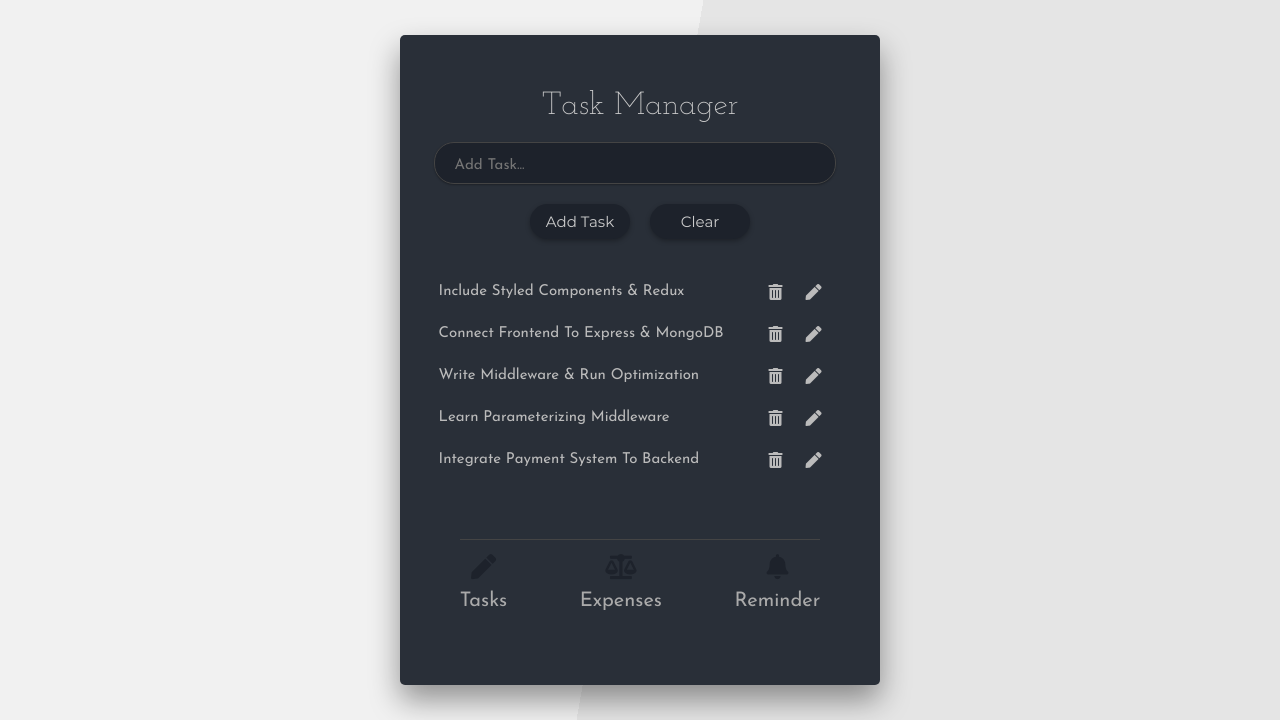
Repository: Kol124/react-task-manager
Page: /
These files come from the project's save history. The page is drawn as it stood at one moment and after the next save; the edit follows.
The browser window is 1280 px wide. The pictures show the whole page.
The project was rebuilt for these pictures with package versions that can differ from the ones it lists, and the page was loaded fresh each time. Also part of the build but not shown: src/components/Expenses/Expenses.js, src/components/Reminder/Reminder.js.

Above is the page before, as saved 2021-06-23 19:24:01.

### public/index.html
<!DOCTYPE html>
<html lang="en">
  <head>
    <meta charset="utf-8" />
    <link rel="icon" href="%PUBLIC_URL%/favicon.ico" />
    <meta name="viewport" content="width=device-width, initial-scale=1" />
    <meta name="theme-color" content="#000000" />
    <meta
      name="description"
      content="Web site created using create-react-app"
    />
    <link rel="apple-touch-icon" href="%PUBLIC_URL%/logo192.png" />
    <!--
      manifest.json provides metadata used when your web app is installed on a
      user's mobile device or desktop. See https://developers.google.com/web/fundamentals/web-app-manifest/
    -->
    <link rel="manifest" href="%PUBLIC_URL%/manifest.json" />
    <!--
      Notice the use of %PUBLIC_URL% in the tags above.
      It will be replaced with the URL of the `public` folder during the build.
      Only files inside the `public` folder can be referenced from the HTML.

      Unlike "/favicon.ico" or "favicon.ico", "%PUBLIC_URL%/favicon.ico" will
      work correctly both with client-side routing and a non-root public URL.
      Learn how to configure a non-root public URL by running `npm run build`.
    -->
    <link rel="stylesheet" href="all.min.css" />
    <title>React App</title>
  </head>
  <body>
    <noscript>You need to enable JavaScript to run this app.</noscript>
    <div id="root"></div>
    <!--
      This HTML file is a template.
      If you open it directly in the browser, you will see an empty page.

      You can add webfonts, meta tags, or analytics to this file.
      The build step will place the bundled scripts into the <body> tag.

      To begin the development, run `npm start` or `yarn start`.
      To create a production bundle, use `npm run build` or `yarn build`.
    -->
  </body>
</html>

### src/App.js
import "./App.css";
import React from "react";
import { BrowserRouter as Router, Switch, Route } from "react-router-dom";
import Header from "./components/Header";
import TaskForm from "./components/TaskForm";
import TaskList from "./components/TaskList";
import TaskContextProvider from "./context/TaskContext";
import Expenses from "./components/expenses/Expenses";
import Reminder from "./components/reminder/Reminder";
import Footer from "./components/Footer";

function App() {
  return (
    <Router>
      <TaskContextProvider>
        <div className="container">
          <div className="app-wrapper">
            <Header />
            <Switch>
              <Route exact path="/">
                <div className="main">
                  <TaskForm />
                  <TaskList />
                </div>
              </Route>

              <Route path="/expenses">
                <Expenses />
              </Route>

              <Route path="/reminder">
                <Reminder />
              </Route>
            </Switch>
            <Footer />
          </div>
        </div>
      </TaskContextProvider>
    </Router>
  );
}

export default App;

### src/App.css
@import url("fonts.css");

* {
  margin: 0;
  padding: 0;
  box-sizing: inherit;
}

html {
  box-sizing: border-box;
  font-size: 62.5%;
}

.container {
  width: 100%;
  height: 100vh;
  display: flex;
  align-items: center;
  justify-content: center;
  background: linear-gradient(100deg, #f1f1f1 50%, #e5e5e5 0);
}

.app-wrapper {
  background-color: #292f38;
  padding: 2.5rem 2.8rem;
  width: 48rem;
  height: 65rem;
  border-radius: 5px;
  box-shadow: 0 15px 30px rgba(0, 0, 0, 0.4);
}

.header .main-header {
  font-family: "Josefin Slab", serif;
  text-align: center;
  font-size: 3.2rem;
  color: #ccc;
  font-weight: 300;
  margin: 3rem 2rem 2rem 2rem;
}

.main {
  display: flex;
  flex-direction: column;
  align-items: space-between;
  margin-bottom: 4.5rem;
  width: 100%;
}

.form {
  display: flex;
  align-items: center;
  margin-bottom: 1.5rem;
  flex-direction: column;
  justify-content: center;
}

.task-input {
  font-family: "Josefin Sans", serif;
  padding: 1.5rem 1rem 1rem 2rem;
  margin: 0 1rem 1rem 0;
  color: #ccc;
  width: 95%;
  outline: none;
  font-size: 1.5rem;
  border-radius: 20px;
  border: 1px solid #444;
  background-color: #1d222b;
  box-shadow: 0 1px 2px rgba(0, 0, 0, 0.3);
}

@media only screen and (max-width: 460px) {
  html {
    font-size: 50%;
  }
}

.buttons {
  display: flex;
}

.btn {
  margin: 1rem;
}

.add-task-btn {
  width: 10rem;
  height: 3.5rem;
  background-color: #1d222b;
  color: #ccc;
  border: none;
  font-family: "Montserrat", sans-serif;
  font-size: 1.5rem;
  border-radius: 2rem;
  box-shadow: 0 2px 5px rgba(0, 0, 0, 0.3);
  outline: none;
  cursor: pointer;
}

.list {
  width: 95%;
  margin: auto;
  max-height: 27rem;
  overflow: hidden;
  overflow-y: auto;
}

/* width */
::-webkit-scrollbar {
  width: 6px;
}

/* Track */
::-webkit-scrollbar-track {
  border-radius: 10px;
  background-color: #aaa;
}

/* Handle */
::-webkit-scrollbar-thumb {
  background: #444;
  border-radius: 10px;
}

.list-item {
  display: flex;
  margin: 2rem 0;
  padding-bottom: 0.5rem;
  justify-content: space-between;
}

.list-item span {
  font-family: "Josefin Sans", sans-serif;
  color: #bbb;
  font-size: 1.5rem;
  text-transform: capitalize;
}

.task-btn {
  cursor: pointer;
  background-color: transparent;
  border: none;
  outline: none;
}

.btn-delete i {
  font-size: 1.6rem;
  color: #bbb;
  margin-right: 2rem;
}

.btn-edit i {
  font-size: 1.6rem;
  color: #bbb;
  margin-right: 2rem;
}

.clear-btn {
  width: 10rem;
  height: 3.5rem;
  background-color: #1d222b;
  color: #ccc;
  border: none;
  font-family: "Montserrat", sans-serif;
  font-size: 1.5rem;
  border-radius: 2rem;
  box-shadow: 0 2px 5px rgba(0, 0, 0, 0.3);
  outline: none;
  cursor: pointer;
}

.no-tasks {
  color: #777;
  text-align: center;
  font-family: "Montserrat", sans-serif;
  margin-top: 2.5rem;
  font-size: 2rem;
}

footer .nav {
  display: flex;
  align-items: center;
  justify-content: space-between;
  border-top: 1px solid #444;
  padding-top: 1.4rem;
  list-style: none;
  margin: 0 auto;
  width: 85%;
}

.nav li {
  font-family: "Josefin Sans", sans-serif;
  font-size: 2rem;
  text-align: center;
}

.nav li a {
  text-decoration: none;
}

.nav li i {
  font-size: 2.5rem;
  color: #1d222b;
}

.nav li p {
  text-decoration: none;
  color: #aaa;
  margin-top: 1rem;
}

### src/components/Header.js
import React from "react";

const Header = () => {
  return (
    <div className="header">
      <h1 className="main-header">Task Manager</h1>
    </div>
  );
};

export default Header;

### src/components/TaskForm.js
import React, { useState, useContext, useEffect } from "react";
import { TaskContext } from "../context/TaskContext";

export default function TaskForm() {
  const { editItem, setEditItem, dispatch } = useContext(TaskContext);
  const [title, setTitle] = useState("");

  const handleSubmit = (e) => {
    e.preventDefault();
    if (editItem !== null) {
      dispatch({
        type: "EDIT_TASK",
        task: {
          title,
          id: editItem.id,
        },
      });
      setEditItem(null);
    } else {
      dispatch({
        type: "ADD_TASK",
        task: {
          title,
        },
      });
    }

    setTitle("");
  };

  useEffect(() => {
    if (editItem !== null) {
      setTitle(editItem.title);
      console.log(editItem);
    } else {
      setTitle("");
    }
  }, [editItem]);

  return (
    <form onSubmit={handleSubmit} className="form">
      <input
        type="text"
        placeholder="Add Task..."
        value={title}
        onChange={(e) => setTitle(e.target.value)}
        required
        className="task-input"
      />
      <div className="buttons">
        <button type="submit" className="btn add-task-btn">
          {editItem ? "Edit Task" : "Add Task"}
        </button>
        <button
          className="btn clear-btn"
          onClick={() => dispatch({ type: "CLEAR_TASK" })}
        >
          Clear
        </button>
      </div>
    </form>
  );
}

### src/components/TaskList.js
import React, { useContext } from "react";
import { TaskContext } from "../context/TaskContext";
import Task from "./Task";

export default function TaskList() {
  const { tasks } = useContext(TaskContext);

  return (
    <div>
      {tasks.length ? (
        <ul className="list">
          {tasks.map((task) => {
            return <Task task={task} key={task.id} />;
          })}
        </ul>
      ) : (
        <div className="no-tasks">No Tasks</div>
      )}
    </div>
  );
}

### src/context/TaskContext.js
import React, { createContext, useState, useReducer, useEffect } from "react";
import TaskReducer from "../reducer/TaskReducer";

export const TaskContext = createContext();

export default function TaskContextProvider(props) {
  const [tasks, dispatch] = useReducer(TaskReducer, [
    { title: "Include styled components & redux", id: 1 },
    { title: "Connect frontend to express & mongoDB", id: 2 },
    { title: "Write middleware & run optimization", id: 3 },
    { title: "Learn parameterizing middleware", id: 4 },
    { title: "Integrate payment system to backend", id: 5 },
  ]);
  const [editItem, setEditItem] = useState(null);

  const findItem = (id) => {
    const item = tasks.find((task) => task.id === id);
    setEditItem(item);
  };

  useEffect(() => {
    console.log(tasks);
  });

  return (
    <TaskContext.Provider
      value={{ tasks, editItem, setEditItem, findItem, dispatch }}
    >
      {props.children}
    </TaskContext.Provider>
  );
}

### src/components/Footer.js
import React from "react";
import { Link } from "react-router-dom";

export default function Footer() {
  return (
    <footer>
      <ul className="nav">
        <li>
          <Link to="/">
            <i className="fa fa-pen"></i>
            <p>Tasks</p>
          </Link>
        </li>

        <li>
          <Link to="/Expenses">
            <i className="fa fa-balance-scale"></i>
            <p>Expenses</p>
          </Link>
        </li>

        <li>
          <Link to="/Reminder">
            <i className="fa fa-bell"></i>
            <p>Reminder</p>
          </Link>
        </li>
      </ul>
    </footer>
  );
}

### src/fonts.css
/* josefin-sans-300 - latin */
@font-face {
  font-family: "Josefin Sans";
  font-style: normal;
  font-weight: 300;
  src: url("./fonts/josefin-sans-v17-latin-300.eot"); /* IE9 Compat Modes */
  src: local(""),
    url("./fonts/josefin-sans-v17-latin-300.eot?#iefix")
      format("embedded-opentype"),
    /* IE6-IE8 */ url("./fonts/josefin-sans-v17-latin-300.woff2")
      format("woff2"),
    /* Super Modern Browsers */ url("./fonts/josefin-sans-v17-latin-300.woff")
      format("woff"),
    /* Modern Browsers */ url("./fonts/josefin-sans-v17-latin-300.ttf")
      format("truetype"),
    /* Safari, Android, iOS */
      url("./fonts/josefin-sans-v17-latin-300.svg#JosefinSans") format("svg"); /* Legacy iOS */
}
/* josefin-sans-regular - latin */
@font-face {
  font-family: "Josefin Sans";
  font-style: normal;
  font-weight: 400;
  src: url("./fonts/josefin-sans-v17-latin-regular.eot"); /* IE9 Compat Modes */
  src: local(""),
    url("./fonts/josefin-sans-v17-latin-regular.eot?#iefix")
      format("embedded-opentype"),
    /* IE6-IE8 */ url("./fonts/josefin-sans-v17-latin-regular.woff2")
      format("woff2"),
    /* Super Modern Browsers */
      url("./fonts/josefin-sans-v17-latin-regular.woff") format("woff"),
    /* Modern Browsers */ url("./fonts/josefin-sans-v17-latin-regular.ttf")
      format("truetype"),
    /* Safari, Android, iOS */
      url("./fonts/josefin-sans-v17-latin-regular.svg#JosefinSans")
      format("svg"); /* Legacy iOS */
}
/* josefin-sans-600 - latin */
@font-face {
  font-family: "Josefin Sans";
  font-style: normal;
  font-weight: 600;
  src: url("./fonts/josefin-sans-v17-latin-600.eot"); /* IE9 Compat Modes */
  src: local(""),
    url("./fonts/josefin-sans-v17-latin-600.eot?#iefix")
      format("embedded-opentype"),
    /* IE6-IE8 */ url("./fonts/josefin-sans-v17-latin-600.woff2")
      format("woff2"),
    /* Super Modern Browsers */ url("./fonts/josefin-sans-v17-latin-600.woff")
      format("woff"),
    /* Modern Browsers */ url("./fonts/josefin-sans-v17-latin-600.ttf")
      format("truetype"),
    /* Safari, Android, iOS */
      url("./fonts/josefin-sans-v17-latin-600.svg#JosefinSans") format("svg"); /* Legacy iOS */
}
/* josefin-sans-700 - latin */
@font-face {
  font-family: "Josefin Sans";
  font-style: normal;
  font-weight: 700;
  src: url("./fonts/josefin-sans-v17-latin-700.eot"); /* IE9 Compat Modes */
  src: local(""),
    url("./fonts/josefin-sans-v17-latin-700.eot?#iefix")
      format("embedded-opentype"),
    /* IE6-IE8 */ url("./fonts/josefin-sans-v17-latin-700.woff2")
      format("woff2"),
    /* Super Modern Browsers */ url("./fonts/josefin-sans-v17-latin-700.woff")
      format("woff"),
    /* Modern Browsers */ url("./fonts/josefin-sans-v17-latin-700.ttf")
      format("truetype"),
    /* Safari, Android, iOS */
      url("./fonts/josefin-sans-v17-latin-700.svg#JosefinSans") format("svg"); /* Legacy iOS */
}

/* josefin-slab-300 - latin */
@font-face {
  font-family: "Josefin Slab";
  font-style: normal;
  font-weight: 300;
  src: url("./fonts/josefin-slab-v13-latin-300.eot"); /* IE9 Compat Modes */
  src: local(""),
    url("./fonts/josefin-slab-v13-latin-300.eot?#iefix")
      format("embedded-opentype"),
    /* IE6-IE8 */ url("./fonts/josefin-slab-v13-latin-300.woff2")
      format("woff2"),
    /* Super Modern Browsers */ url("./fonts/josefin-slab-v13-latin-300.woff")
      format("woff"),
    /* Modern Browsers */ url("./fonts/josefin-slab-v13-latin-300.ttf")
      format("truetype"),
    /* Safari, Android, iOS */
      url("./fonts/josefin-slab-v13-latin-300.svg#JosefinSlab") format("svg"); /* Legacy iOS */
}
/* josefin-slab-regular - latin */
@font-face {
  font-family: "Josefin Slab";
  font-style: normal;
  font-weight: 400;
  src: url("./fonts/josefin-slab-v13-latin-regular.eot"); /* IE9 Compat Modes */
  src: local(""),
    url("./fonts/josefin-slab-v13-latin-regular.eot?#iefix")
      format("embedded-opentype"),
    /* IE6-IE8 */ url("./fonts/josefin-slab-v13-latin-regular.woff2")
      format("woff2"),
    /* Super Modern Browsers */
      url("./fonts/josefin-slab-v13-latin-regular.woff") format("woff"),
    /* Modern Browsers */ url("./fonts/josefin-slab-v13-latin-regular.ttf")
      format("truetype"),
    /* Safari, Android, iOS */
      url("./fonts/josefin-slab-v13-latin-regular.svg#JosefinSlab")
      format("svg"); /* Legacy iOS */
}
/* josefin-slab-600 - latin */
@font-face {
  font-family: "Josefin Slab";
  font-style: normal;
  font-weight: 600;
  src: url("./fonts/josefin-slab-v13-latin-600.eot"); /* IE9 Compat Modes */
  src: local(""),
    url("./fonts/josefin-slab-v13-latin-600.eot?#iefix")
      format("embedded-opentype"),
    /* IE6-IE8 */ url("./fonts/josefin-slab-v13-latin-600.woff2")
      format("woff2"),
    /* Super Modern Browsers */ url("./fonts/josefin-slab-v13-latin-600.woff")
      format("woff"),
    /* Modern Browsers */ url("./fonts/josefin-slab-v13-latin-600.ttf")
      format("truetype"),
    /* Safari, Android, iOS */
      url("./fonts/josefin-slab-v13-latin-600.svg#JosefinSlab") format("svg"); /* Legacy iOS */
}
/* josefin-slab-700 - latin */
@font-face {
  font-family: "Josefin Slab";
  font-style: normal;
  font-weight: 700;
  src: url("./fonts/josefin-slab-v13-latin-700.eot"); /* IE9 Compat Modes */
  src: local(""),
    url("./fonts/josefin-slab-v13-latin-700.eot?#iefix")
      format("embedded-opentype"),
    /* IE6-IE8 */ url("./fonts/josefin-slab-v13-latin-700.woff2")
      format("woff2"),
    /* Super Modern Browsers */ url("./fonts/josefin-slab-v13-latin-700.woff")
      format("woff"),
    /* Modern Browsers */ url("./fonts/josefin-slab-v13-latin-700.ttf")
      format("truetype"),
    /* Safari, Android, iOS */
      url("./fonts/josefin-slab-v13-latin-700.svg#JosefinSlab") format("svg"); /* Legacy iOS */
}

/* montserrat-300 - latin */
@font-face {
  font-family: "Montserrat";
  font-style: normal;
  font-weight: 300;
  src: url("./fonts/montserrat-v15-latin-300.eot"); /* IE9 Compat Modes */
  src: local(""),
    url("./fonts/montserrat-v15-latin-300.eot?#iefix")
      format("embedded-opentype"),
    /* IE6-IE8 */ url("./fonts/montserrat-v15-latin-300.woff2") format("woff2"),
    /* Super Modern Browsers */ url("./fonts/montserrat-v15-latin-300.woff")
      format("woff"),
    /* Modern Browsers */ url("./fonts/montserrat-v15-latin-300.ttf")
      format("truetype"),
    /* Safari, Android, iOS */
      url("./fonts/montserrat-v15-latin-300.svg#Montserrat") format("svg"); /* Legacy iOS */
}
/* montserrat-regular - latin */
@font-face {
  font-family: "Montserrat";
  font-style: normal;
  font-weight: 400;
  src: url("./fonts/montserrat-v15-latin-regular.eot"); /* IE9 Compat Modes */
  src: local(""),
    url("./fonts/montserrat-v15-latin-regular.eot?#iefix")
      format("embedded-opentype"),
    /* IE6-IE8 */ url("./fonts/montserrat-v15-latin-regular.woff2")
      format("woff2"),
    /* Super Modern Browsers */ url("./fonts/montserrat-v15-latin-regular.woff")
      format("woff"),
    /* Modern Browsers */ url("./fonts/montserrat-v15-latin-regular.ttf")
      format("truetype"),
    /* Safari, Android, iOS */
      url("./fonts/montserrat-v15-latin-regular.svg#Montserrat") format("svg"); /* Legacy iOS */
}
/* montserrat-500 - latin */
@font-face {
  font-family: "Montserrat";
  font-style: normal;
  font-weight: 500;
  src: url("./fonts/montserrat-v15-latin-500.eot"); /* IE9 Compat Modes */
  src: local(""),
    url("./fonts/montserrat-v15-latin-500.eot?#iefix")
      format("embedded-opentype"),
    /* IE6-IE8 */ url("./fonts/montserrat-v15-latin-500.woff2") format("woff2"),
    /* Super Modern Browsers */ url("./fonts/montserrat-v15-latin-500.woff")
      format("woff"),
    /* Modern Browsers */ url("./fonts/montserrat-v15-latin-500.ttf")
      format("truetype"),
    /* Safari, Android, iOS */
      url("./fonts/montserrat-v15-latin-500.svg#Montserrat") format("svg"); /* Legacy iOS */
}

### src/components/Task.js
import React, { useContext } from "react";
import { TaskContext } from "../context/TaskContext";

export default function Task({ task }) {
  const { findItem, dispatch } = useContext(TaskContext);

  return (
    <li className="list-item">
      <span>{task.title}</span>
      <div>
        <button
          className="btn-delete task-btn"
          onClick={() =>
            dispatch({ type: "REMOVE_TASK", task: { id: task.id } })
          }
        >
          <i className="fas fa-trash-alt"></i>
        </button>{" "}
        <button className="btn-edit task-btn" onClick={() => findItem(task.id)}>
          <i className="fas fa-pen"></i>
        </button>
      </div>
    </li>
  );
}

### src/reducer/TaskReducer.js
export default function TaskReducer(tasks, action) {
  switch (action.type) {
    case "ADD_TASK":
      return [
        ...tasks,
        {
          title: action.task.title,
          id: Math.random().toString(),
        },
      ];

    case "REMOVE_TASK":
      return tasks.filter((task) => task.id !== action.task.id);

    case "EDIT_TASK":
      return tasks.map((task) =>
        task.id === action.task.id
          ? { title: action.task.title, id: action.task.id }
          : task
      );

    case "CLEAR_TASK":
      return [];

    default:
      return tasks;
  }
}

Loaded but not shown: src/index.js (common file); src/index.css (common file); src/reportWebVitals.js (common file); public/all.min.css (library)

After the next save:
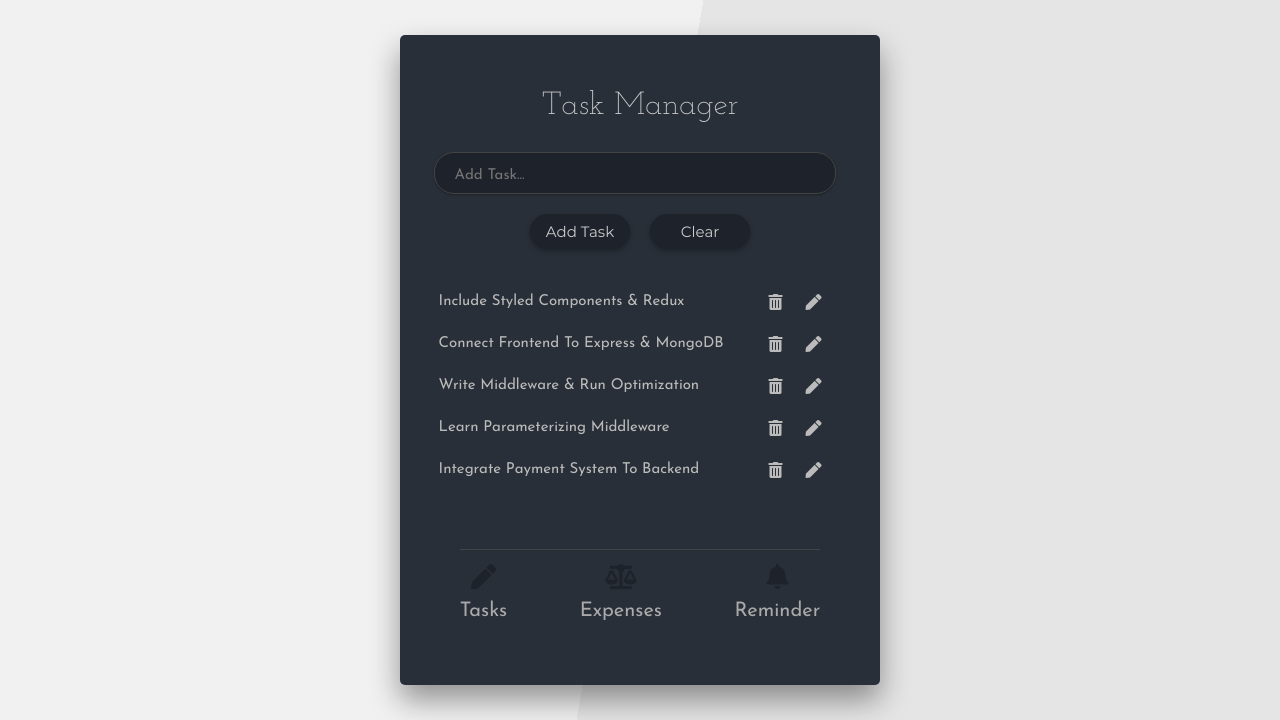
Saved 10 s later.
--- a/src/App.css
+++ b/src/App.css
@@ -35,7 +35,7 @@ html {
   font-size: 3.2rem;
   color: #ccc;
   font-weight: 300;
-  margin: 3rem 2rem 2rem 2rem;
+  margin: 3rem 2rem 3rem 2rem;
 }
 
 .main {
